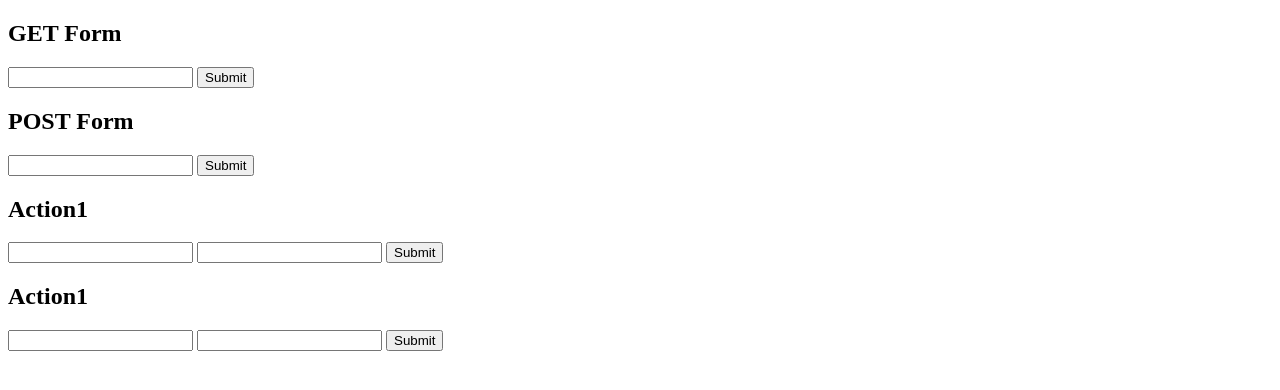
Repository: HHongmoris/TIL
Page: 04_BackEnd/BackEnd02_Servlet/WebContent/form_01_get_post.html
These files come from the project's save history. The page is drawn as it stood at one moment and after the next save; the edit follows.
The browser window is 1280 px wide. The pictures show the whole page.

Above is the page before, as saved 2023-03-07 02:33:51.

After the next save:
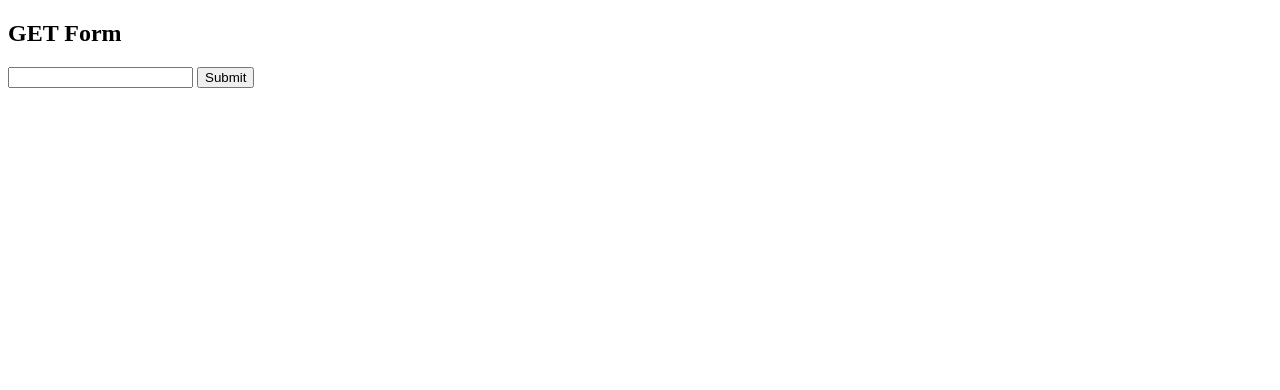
Saved 6 min 15 s later.
--- a/04_BackEnd/BackEnd02_Servlet/WebContent/form_01_get_post.html
+++ b/04_BackEnd/BackEnd02_Servlet/WebContent/form_01_get_post.html
@@ -11,26 +11,26 @@
 		<input type="text" name="id">
 		<input type="submit">
 	</form>
-	<h2>POST Form</h2>
+	<!-- <h2>POST Form</h2>
 	<form action="" method="POST">
-		<!-- name 속성필요. -->
+		name 속성필요.
 		<input type="text" name="id">
 		<input type="submit">
-	</form>
+	</form> -->
 	<!-- 차이를 느껴라! -->
-	<h2>Action1</h2>
+	<!-- <h2>Action1</h2>
 	<form action="/gogo" method="GET">
-		<!-- name 속성필요. -->
+		name 속성필요.
 		<input type="text" name="id">
 		<input type="password" name="pw">
 		<input type="submit">
 	</form>
-	<h2>Action1</h2>
-	<form action="gogo" method="GET">
-		<!-- name 속성필요. -->
+	<h2>Action1</h2> -->
+	<!-- <form action="gogo" method="GET">
+		name 속성필요.
 		<input type="text" name="id">
 		<input type="password" name="pw">
 		<input type="submit">
-	</form>
+	</form> -->
 </body>
 </html>
